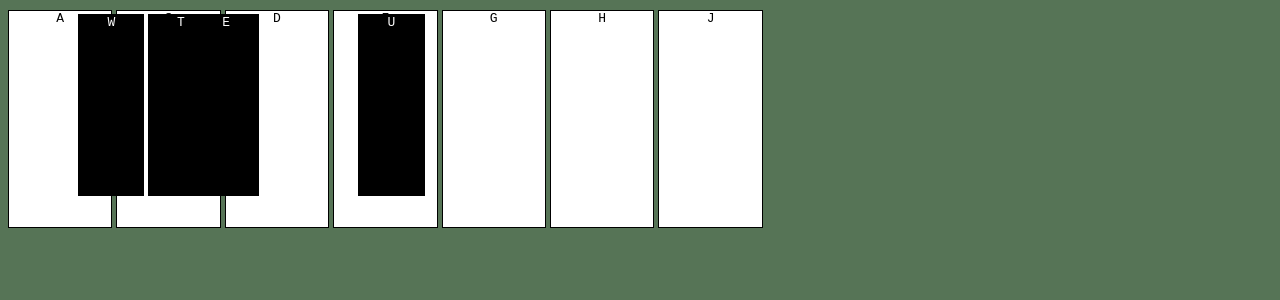
Repository: ctcoleman/Virtual-Piano
Page: index.html
The author's editor kept a copy of each file at every save. The page is drawn from the files as they stood at one save, then again after the next save.
The browser window is 1280 px wide. The pictures show the whole page.

Above is the page before, as saved 2020-07-20 09:01:23.

After the next save:
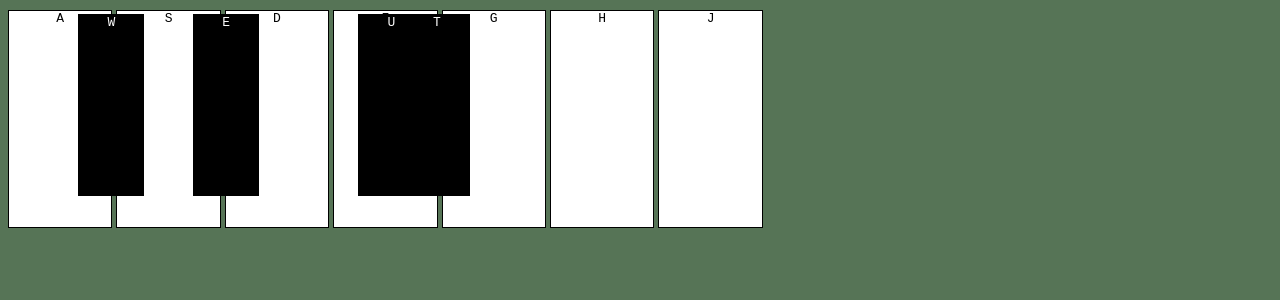
Saved 4 s later.
--- a/index.css
+++ b/index.css
@@ -41,7 +41,7 @@ html {
     left: 9vw;
 }
 #KeyT {
-    left: 20w;
+    left: 20vw;
 }
 #KeyY {
     left: 11vw;
